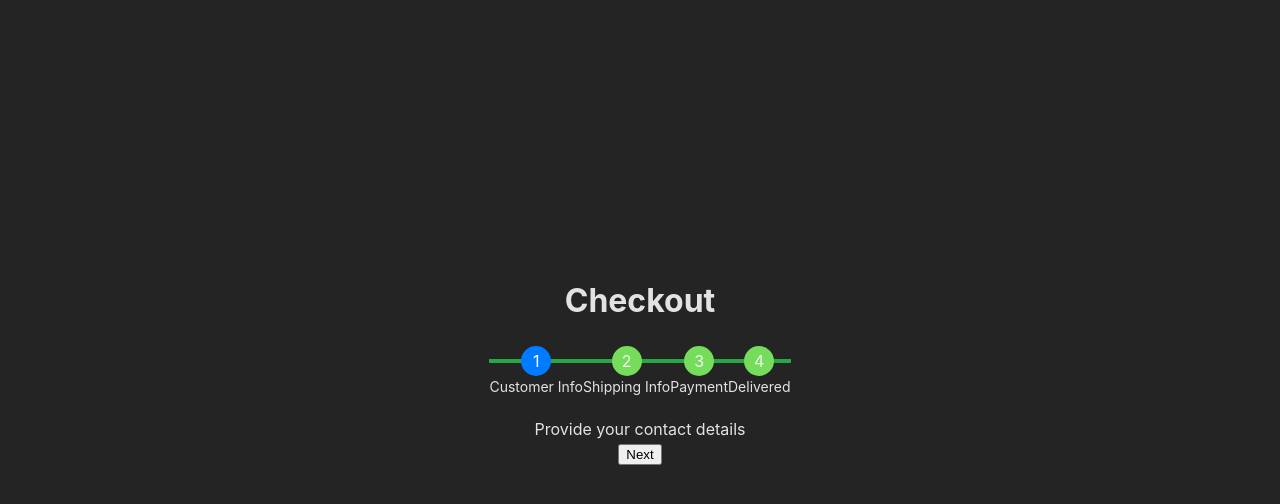
Repository: s-babaeizadeh/stepper-react
Page: /
The author's editor kept a copy of each file at every save. The page is drawn from the files as they stood at one save, then again after the next save.
The browser window is 1280 px wide. The pictures show the whole page.
The project was rebuilt for these pictures with package versions that can differ from the ones it lists, and the page was loaded fresh each time. Also part of the build but not shown: vite.config.js.

Above is the page before, as saved 2024-08-10 11:24:54.

After the next save:
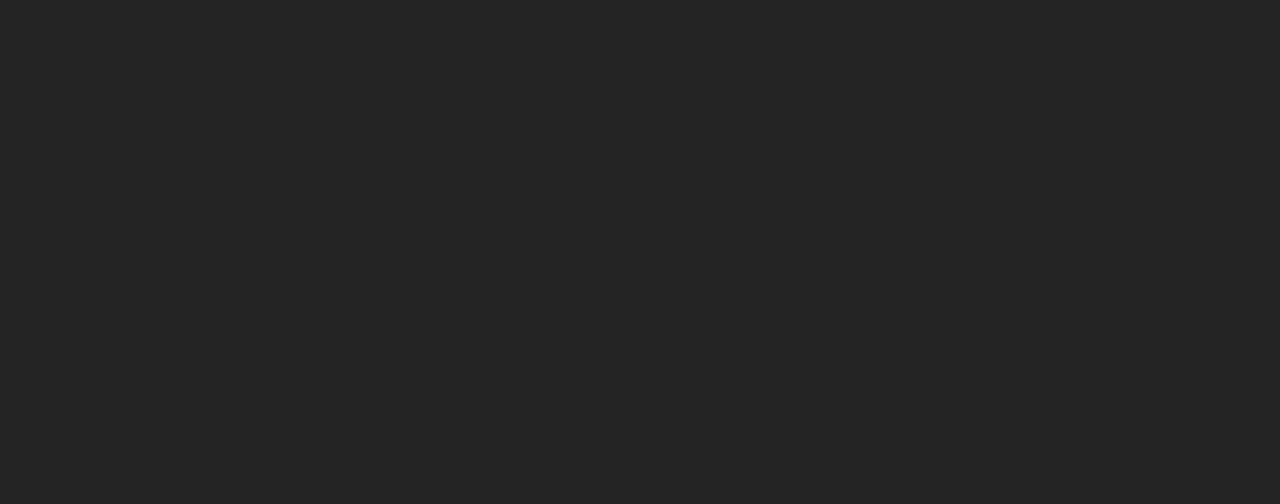
Console error: ReferenceError: calculateProgressBarWidth is not defined
Saved 95 s later.
--- a/src/components/CheckoutSteeper.jsx
+++ b/src/components/CheckoutSteeper.jsx
@@ -45,7 +45,10 @@ const CheckoutSteeper = ({ stepsConfig = [] }) => {
         })}
 
         <div className="progress-bar">
-          <div className="progress"></div>
+          <div
+            className="progress"
+            style={{ width: `${calculateProgressBarWidth()}%` }}
+          ></div>
         </div>
       </div>
 

After the save that followed:
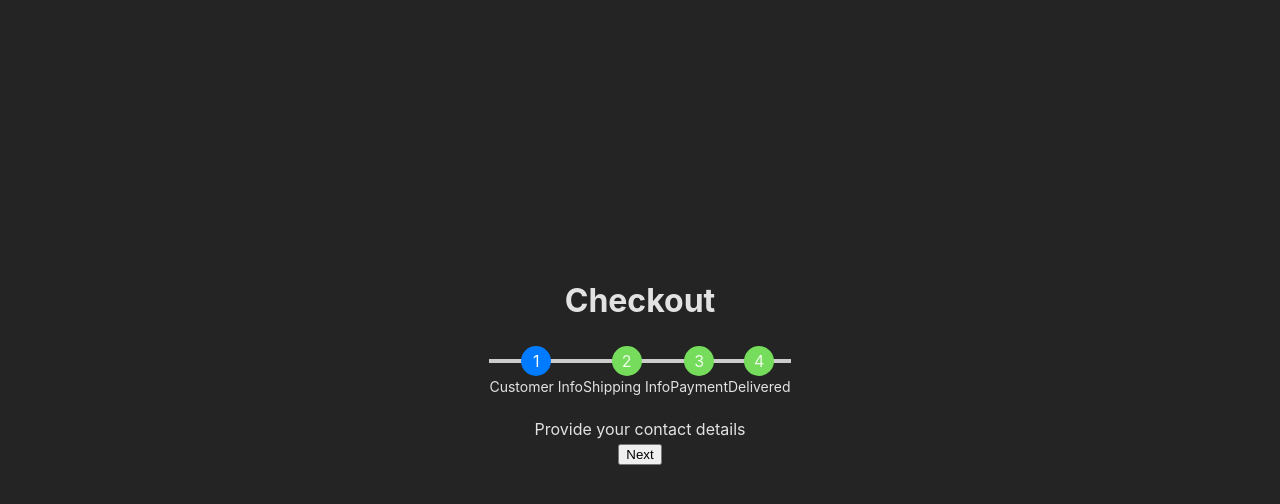
The error is gone.
Saved 60 s later.
--- a/src/components/CheckoutSteeper.jsx
+++ b/src/components/CheckoutSteeper.jsx
@@ -17,6 +17,10 @@ const CheckoutSteeper = ({ stepsConfig = [] }) => {
         return prevStep + 1;
       }
     });
+  };
+
+  const calculateProgressBarWidth = () => {
+    return (currentStep - 1) / stepsConfig.length;
   };
 
   const ActiveComponent = stepsConfig[currentStep - 1]?.Component;
